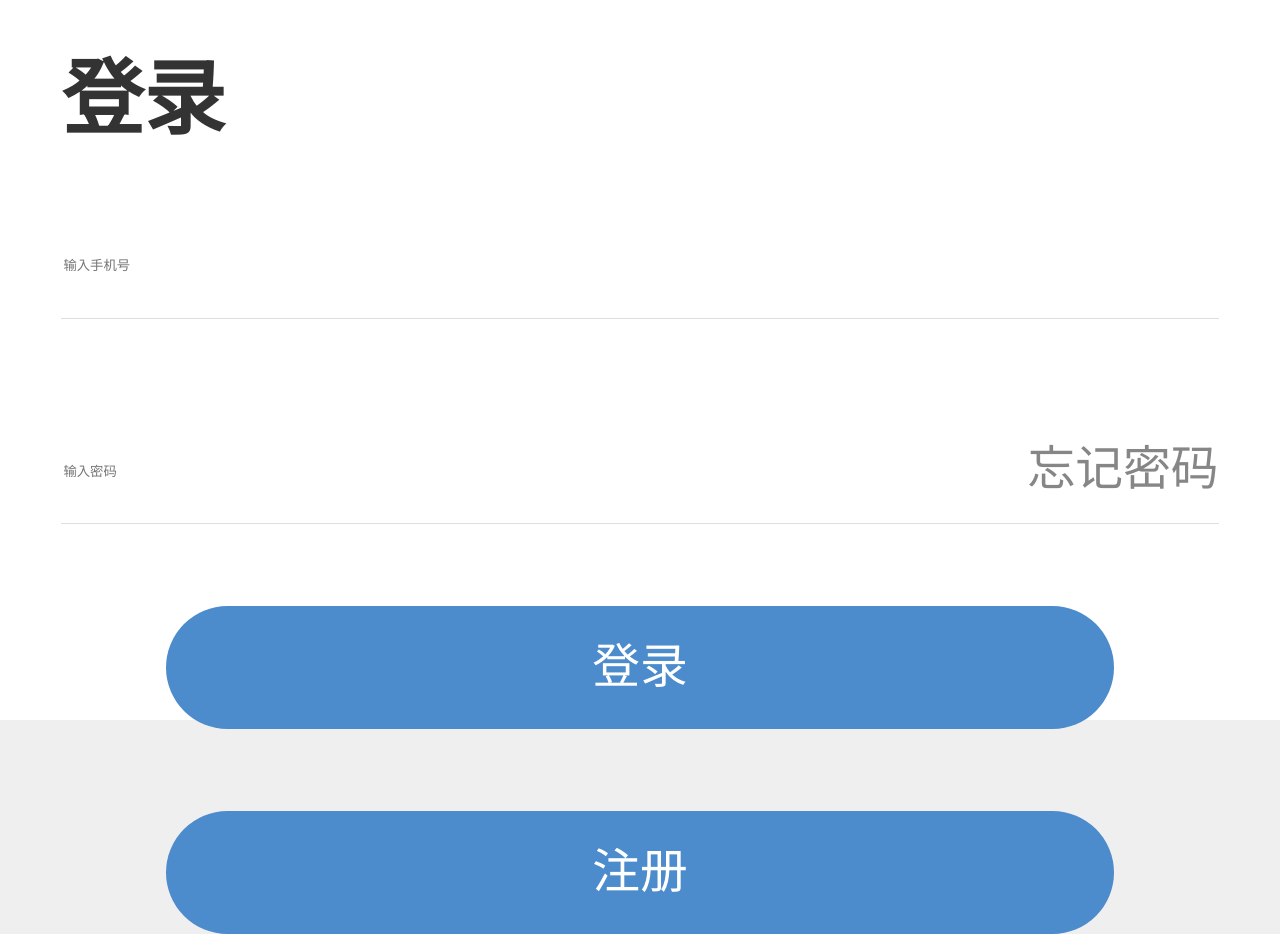
Repository: missing-star/produce
Page: login.html
These files come from the project's save history. The page is drawn as it stood at one moment and after the next save; the edit follows.
The browser window is 1280 px wide. The pictures show the whole page.

Above is the page before, as saved 2019-05-17 14:06:09.

After the next save:
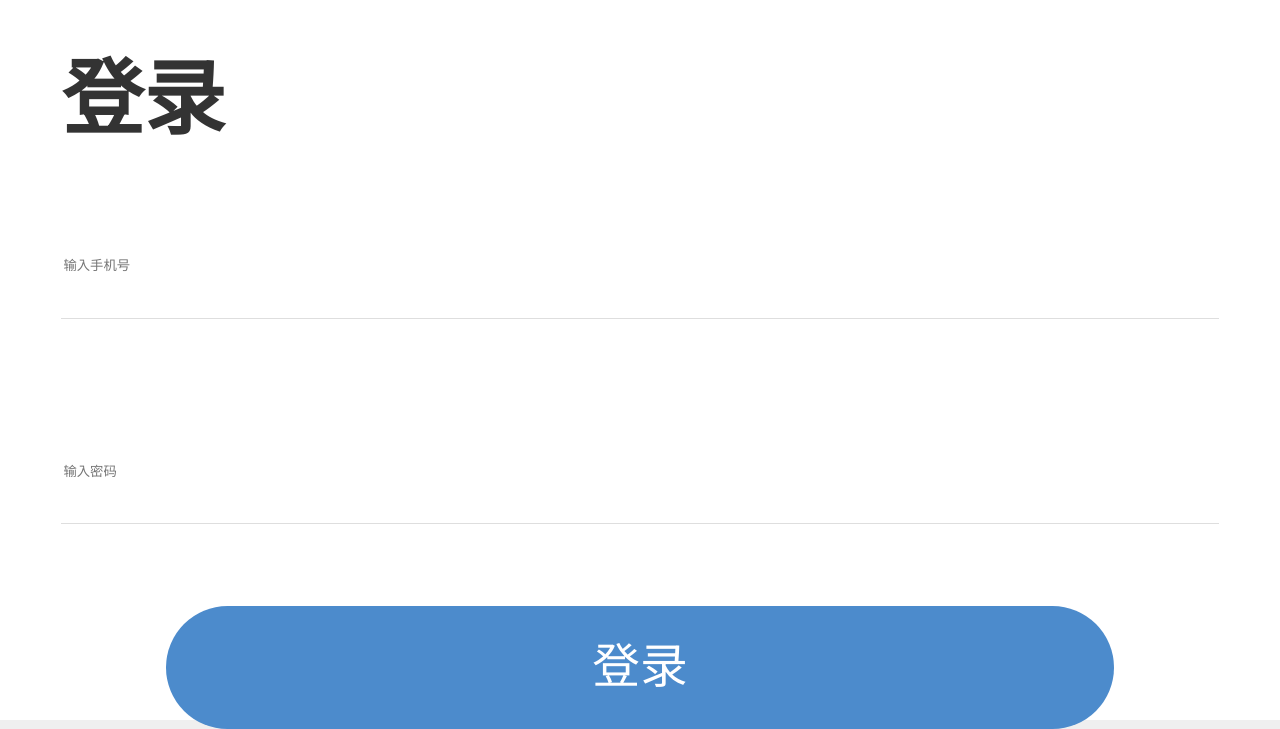
Saved 2 days later.
--- a/login.html
+++ b/login.html
@@ -21,12 +21,12 @@
                     </li>
                     <li>
                         <input type="password" placeholder="输入密码">
-                        <span class="forget" @click="forget">忘记密码</span>
+                        <!-- <span class="forget" @click="forget">忘记密码</span> -->
                     </li>
                 </ul>
 
                 <p class="login_btn" @click="enter">登录</p>
-                <p class="login_btn" @click="register">注册</p>
+                <!-- <p class="login_btn" @click="register">注册</p> -->
             </div>
 
 
